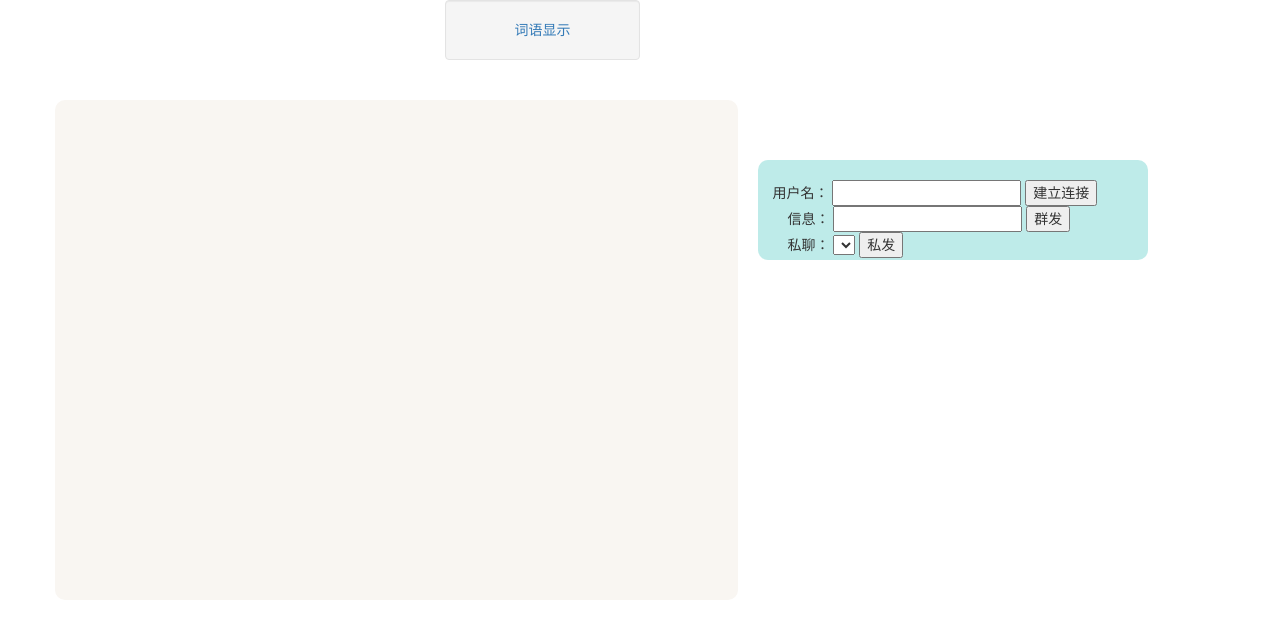
Repository: eheihaha2/whoisthespy-
Page: webDemo/WebContent/room.html
These files come from the project's save history. The page is drawn as it stood at one moment and after the next save; the edit follows.
The browser window is 1280 px wide. The pictures show the whole page.

Above is the page before, as saved 2020-02-26 01:58:57.

After the next save:
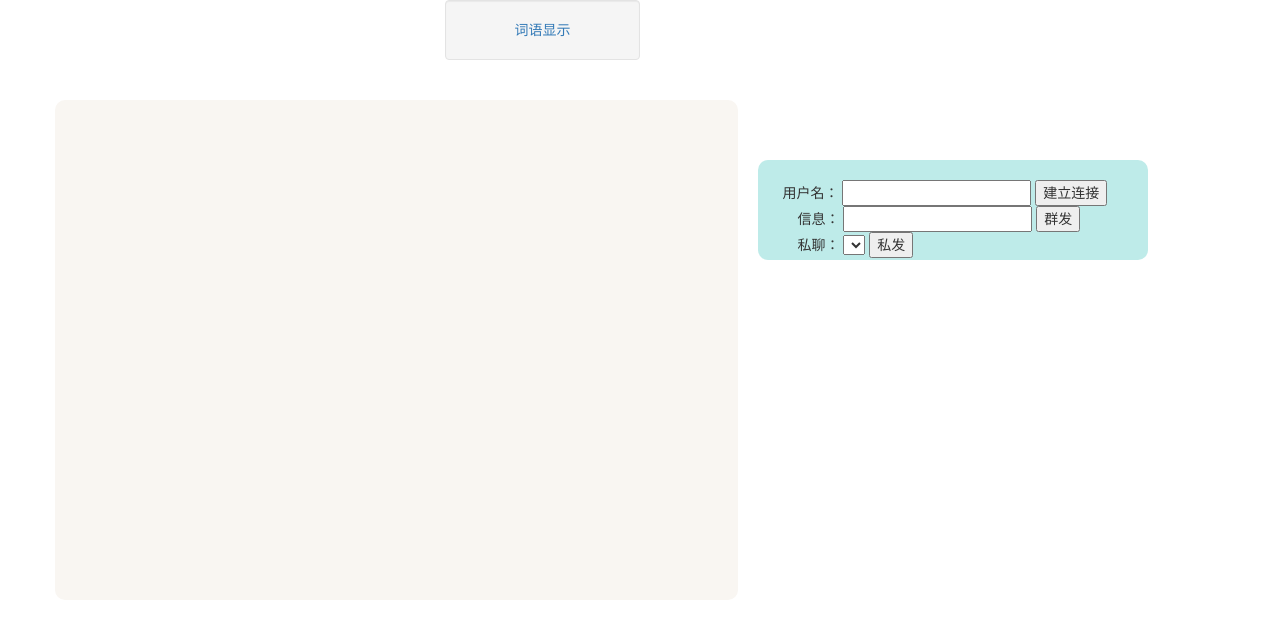
Saved 14 s later.
--- a/webDemo/WebContent/room.html
+++ b/webDemo/WebContent/room.html
@@ -13,7 +13,7 @@
 			border-radius: 10px;
 		}
 		.mss{
-			padding:20px 20px 30px 30px;
+			padding:20px 20px 40px 40px;
 			background-color:#beebe9;
 			height:100px;
 			margin-left:20px;;
